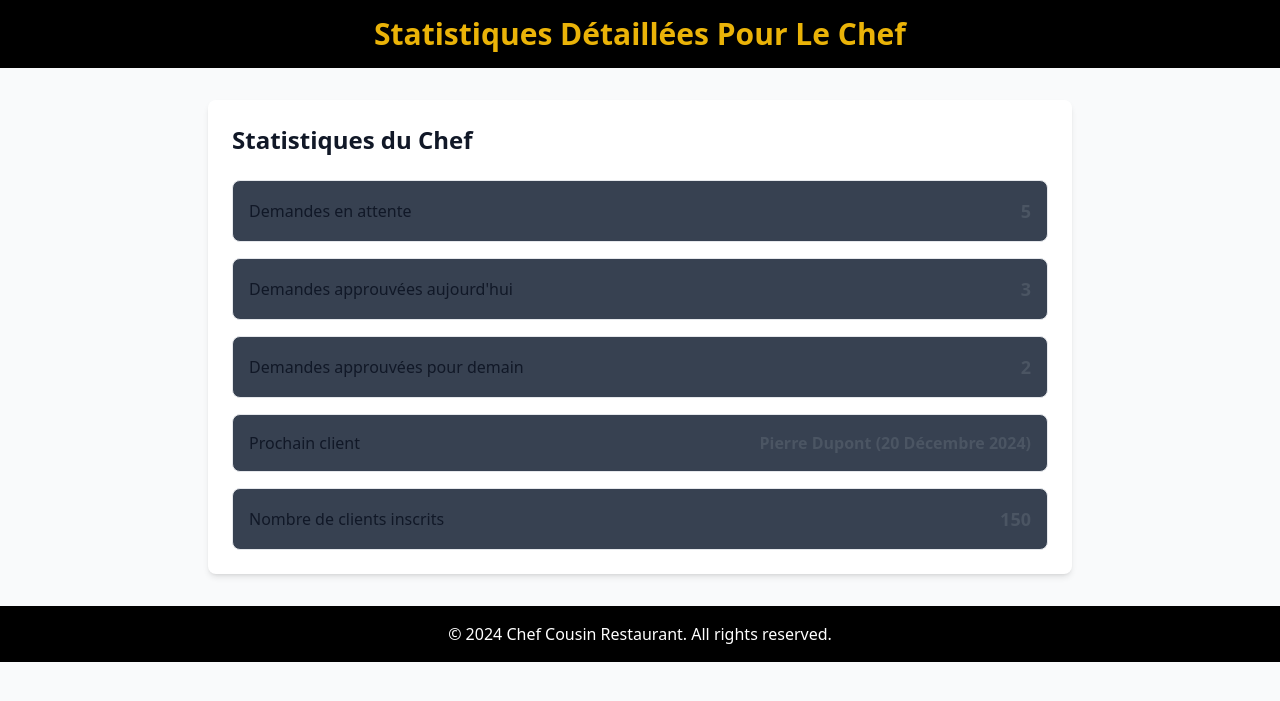
Repository: HamzaChehlaoui/Site-Web-pour-un-Chef-Cuisinier
Page: http://localhost/statistique.php
The author's editor kept a copy of each file at every save. The page is drawn from the files as they stood at one save, then again after the next save.
The browser window is 1280 px wide. The pictures show the whole page.
Some web libraries are served in a nearby version. The page is run by PHP 8.4 with error messages shown; the project is at /var/www/html/.

Above is the page before, as saved 2024-12-18 15:18:47.

### statistique.php
<!DOCTYPE html>
<html lang="fr">

<head>
    <meta charset="UTF-8">
    <meta name="viewport" content="width=device-width, initial-scale=1.0">
    <title>Gestion des Réservations - Statistiques</title>
    <!-- Tailwind CSS CDN -->
    <script src="https://cdn.tailwindcss.com"></script>
    <style>
        /* Animation for side slide-in */
        @keyframes slideInFromLeft {
            0% {
                transform: translateX(-100%);
                opacity: 0;
            }
            100% {
                transform: translateX(0);
                opacity: 1;
            }
        }

        .slide-in {
            animation: slideInFromLeft 0.5s ease-out forwards;
        }
    </style>
</head>

<body class="bg-gray-50 text-gray-800">

    <!-- Header -->
    <header class="py-4 text-center bg-black text-white">
        <h1 class="text-3xl font-bold text-yellow-500">Statistiques Détaillées Pour Le Chef</h1>
    </header>

    <!-- Main Content -->
    <main class="max-w-4xl mx-auto my-8 px-4">
        <div class="bg-white shadow-md rounded-lg p-6 slide-in">

            <!-- Card Header -->
            <div class="text-2xl font-semibold mb-6 text-gray-900">
                Statistiques du Chef
            </div>

            <!-- Stats List -->
            <div class="space-y-4">

                <!-- Pending Requests -->
                <div class="flex justify-between items-center bg-gray-700 p-4 rounded-lg border border-gray-200">
                    <span class="text-gray-900">Demandes en attente</span>
                    <span class="text-gray-600 font-semibold text-lg">5</span>
                </div>

                <!-- Approved Today -->
                <div class="flex justify-between items-center bg-gray-700 p-4 rounded-lg border border-gray-200">
                    <span class="text-gray-900">Demandes approuvées aujourd'hui</span>
                    <span class="text-gray-600 font-semibold text-lg">3</span>
                </div>

                <!-- Approved Tomorrow -->
                <div class="flex justify-between items-center bg-gray-700 p-4 rounded-lg border border-gray-200">
                    <span class="text-gray-900">Demandes approuvées pour demain</span>
                    <span class="text-gray-600 font-semibold text-lg">2</span>
                </div>

                <!-- Next Client Details -->
                <div class="flex justify-between items-center bg-gray-700 p-4 rounded-lg border border-gray-200">
                    <span class="text-gray-900">Prochain client</span>
                    <span class="text-gray-600 font-semibold">Pierre Dupont (20 Décembre 2024)</span>
                </div>

                <!-- Registered Clients -->
                <div class="flex justify-between items-center bg-gray-700 p-4 rounded-lg border border-gray-200">
                    <span class="text-gray-900">Nombre de clients inscrits</span>
                    <span class="text-gray-600 font-semibold text-lg">150</span>
                </div>

            </div>
        </div>
    </main>

    <!-- Footer -->
    <footer class="bg-black text-white py-4">
        <div class="text-center">
            <p>&copy; 2024 Chef Cousin Restaurant. All rights reserved.</p>
        </div>
    </footer>

</body>

</html>

After the next save:
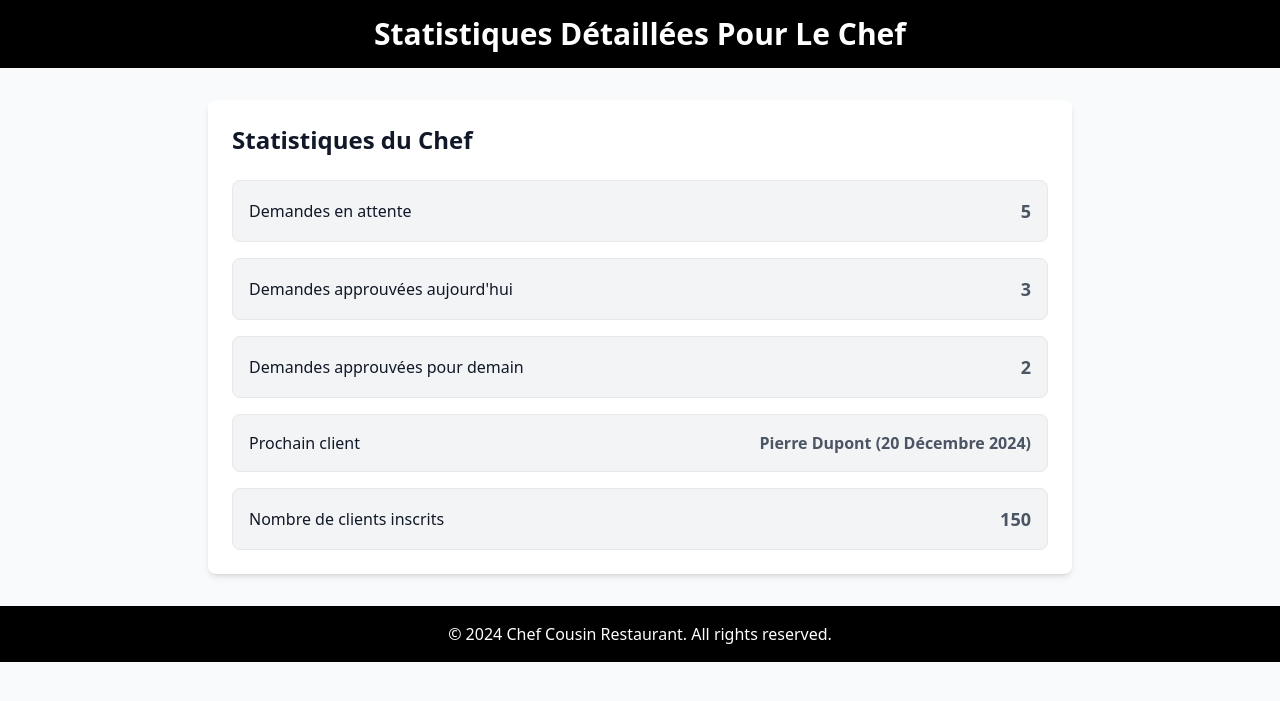
Saved 30 s later.
--- a/statistique.php
+++ b/statistique.php
@@ -30,7 +30,7 @@
 
     <!-- Header -->
     <header class="py-4 text-center bg-black text-white">
-        <h1 class="text-3xl font-bold text-yellow-500">Statistiques Détaillées Pour Le Chef</h1>
+        <h1 class="text-3xl font-bold ">Statistiques Détaillées Pour Le Chef</h1>
     </header>
 
     <!-- Main Content -->
@@ -46,31 +46,31 @@
             <div class="space-y-4">
 
                 <!-- Pending Requests -->
-                <div class="flex justify-between items-center bg-gray-700 p-4 rounded-lg border border-gray-200">
+                <div class="flex justify-between items-center bg-gray-100 p-4 rounded-lg border border-gray-200">
                     <span class="text-gray-900">Demandes en attente</span>
                     <span class="text-gray-600 font-semibold text-lg">5</span>
                 </div>
 
                 <!-- Approved Today -->
-                <div class="flex justify-between items-center bg-gray-700 p-4 rounded-lg border border-gray-200">
+                <div class="flex justify-between items-center bg-gray-100 p-4 rounded-lg border border-gray-200">
                     <span class="text-gray-900">Demandes approuvées aujourd'hui</span>
                     <span class="text-gray-600 font-semibold text-lg">3</span>
                 </div>
 
                 <!-- Approved Tomorrow -->
-                <div class="flex justify-between items-center bg-gray-700 p-4 rounded-lg border border-gray-200">
+                <div class="flex justify-between items-center bg-gray-100 p-4 rounded-lg border border-gray-200">
                     <span class="text-gray-900">Demandes approuvées pour demain</span>
                     <span class="text-gray-600 font-semibold text-lg">2</span>
                 </div>
 
                 <!-- Next Client Details -->
-                <div class="flex justify-between items-center bg-gray-700 p-4 rounded-lg border border-gray-200">
+                <div class="flex justify-between items-center bg-gray-100 p-4 rounded-lg border border-gray-200">
                     <span class="text-gray-900">Prochain client</span>
                     <span class="text-gray-600 font-semibold">Pierre Dupont (20 Décembre 2024)</span>
                 </div>
 
                 <!-- Registered Clients -->
-                <div class="flex justify-between items-center bg-gray-700 p-4 rounded-lg border border-gray-200">
+                <div class="flex justify-between items-center bg-gray-100 p-4 rounded-lg border border-gray-200">
                     <span class="text-gray-900">Nombre de clients inscrits</span>
                     <span class="text-gray-600 font-semibold text-lg">150</span>
                 </div>
